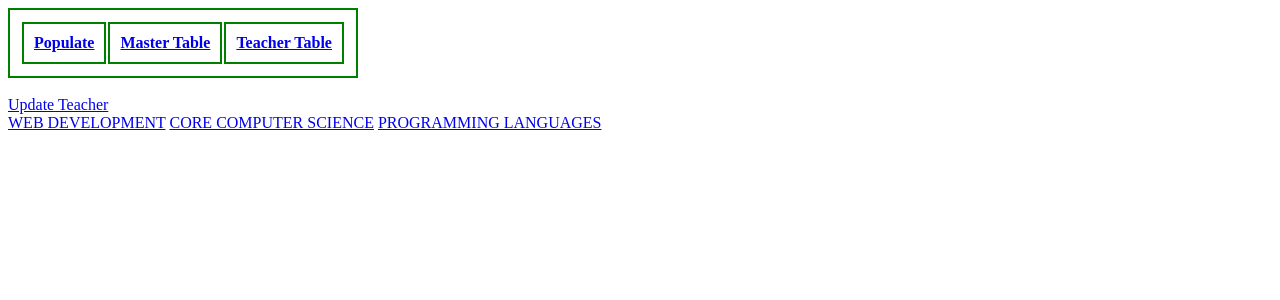
Repository: PrassanAchhaiyya/LearnersAcademy
Page: LearnersAcademy/src/main/webapp/index.html
The author's editor kept a copy of each file at every save. The page is drawn from the files as they stood at one save, then again after the next save.
The browser window is 1280 px wide. The pictures show the whole page.

Above is the page before, as saved 2022-04-27 19:23:15.

### LearnersAcademy/src/main/webapp/index.html
<!DOCTYPE html>
<html>
<head>
<meta charset="ISO-8859-1">
<title>Insert title here</title>
<style> table,td,th{border:2px solid green;padding:10px;}</style>
</head>
<body>
<table>
<tr>
<th><a href="populate" >Populate</a></th>
<th><a href="read-master-table">Master Table</a></th>
<th><a href="read-teacher-table">Teacher Table</a></th>
</tr>
</table>
<br>
<a href="update-teacher">Update Teacher</a><br>

<a href="Web.html">WEB DEVELOPMENT</a>
<a href="Core.html">CORE COMPUTER SCIENCE</a>
<a href="prog.html">PROGRAMMING LANGUAGES</a>


</body>
</html>

After the next save:
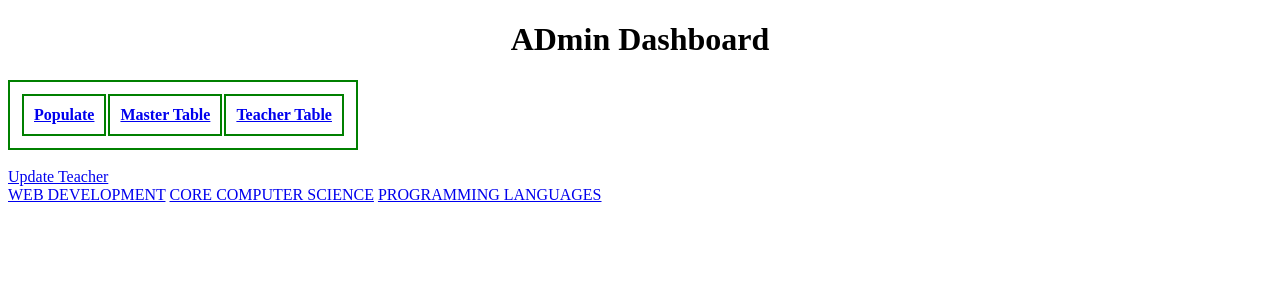
Saved 44 min 18 s later.
--- a/LearnersAcademy/src/main/webapp/index.html
+++ b/LearnersAcademy/src/main/webapp/index.html
@@ -2,10 +2,11 @@
 <html>
 <head>
 <meta charset="ISO-8859-1">
-<title>Insert title here</title>
+<title>Admin Page</title>
 <style> table,td,th{border:2px solid green;padding:10px;}</style>
 </head>
 <body>
+<h1 align="center">ADmin Dashboard</h1>
 <table>
 <tr>
 <th><a href="populate" >Populate</a></th>
